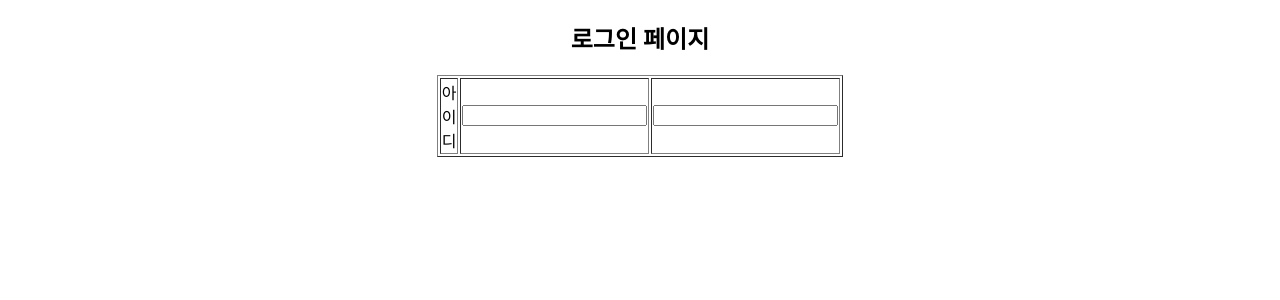
Repository: SuperHamzzi/JSPStudy
Page: http://localhost/JSP01/RequestLogin.jsp
An editor plug-in stored every save of this project. The page is shown before and after the next save, followed by the edit.
The browser window is 1280 px wide. The pictures show the whole page.
The page is served by Tomcat 9.

Above is the page before, as saved 2023-06-04 08:25:40.

### JSP01/WebContent/RequestLogin.jsp
<%@ page language="java" contentType="text/html; charset=EUC-KR"
    pageEncoding="EUC-KR"%>
<!DOCTYPE html>
<html>
<head>
<meta charset="EUC-KR">
<title>Insert title here</title>
</head>
<body>

	<center>
	<h2> 로그인 페이지 </h2>
	<form action="RequestLoginProc.jsp" method="get">
	<table width="300" border=1>
	<tr height="60">
		<td align="center" width="150"> 아이디</td>
		<td align="left" width="250">
			<input type="text" name="id">
		</td>
		<td align="left" width="250">
			<input type="text" name="id">
		</td>

	</table>

	</form>
	</center>

</body>
</html>

After the next save:
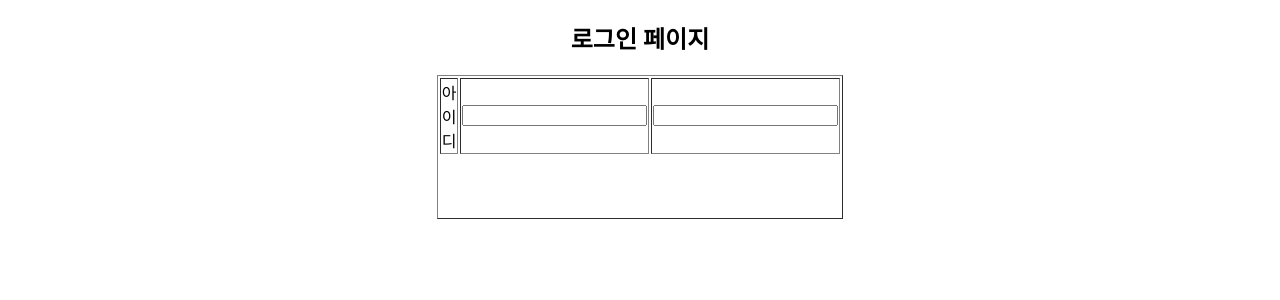
Saved 23 s later.
--- a/JSP01/WebContent/RequestLogin.jsp
+++ b/JSP01/WebContent/RequestLogin.jsp
@@ -20,6 +20,9 @@
 		<td align="left" width="250">
 			<input type="text" name="id">
 		</td>
+	</tr>
+	<tr height="60">
+	</tr>
 
 	</table>
 
